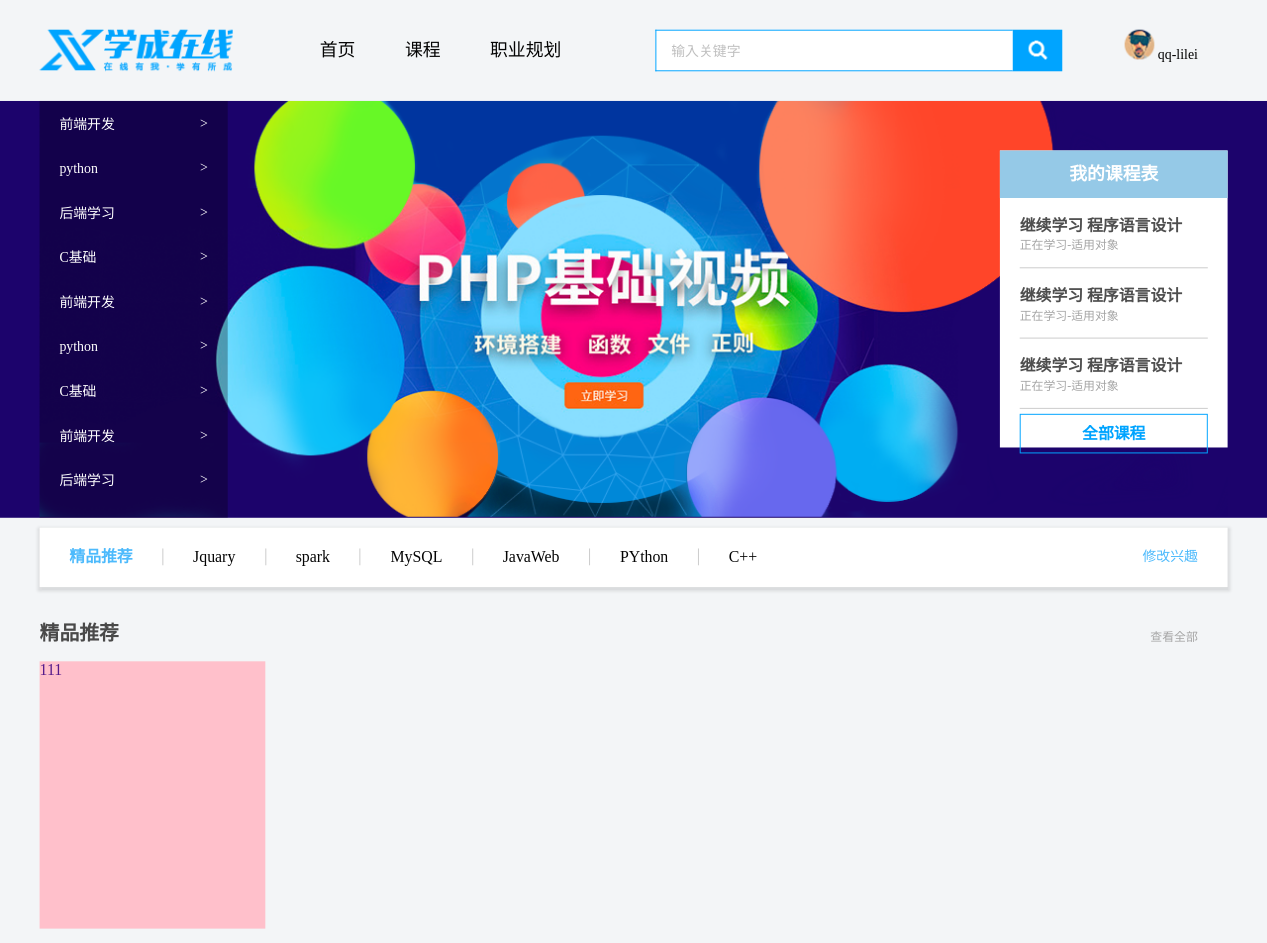
Repository: zhengdeya/web-based
Page: 39-学成在线/index.html
An editor plug-in stored every save of this project. The page is shown before and after the next save, followed by the edit.
The browser window is 1280 px wide. The pictures show the whole page, at 99% of full size.

Above is the page before, as saved 2021-04-15 16:18:48.

After the next save:
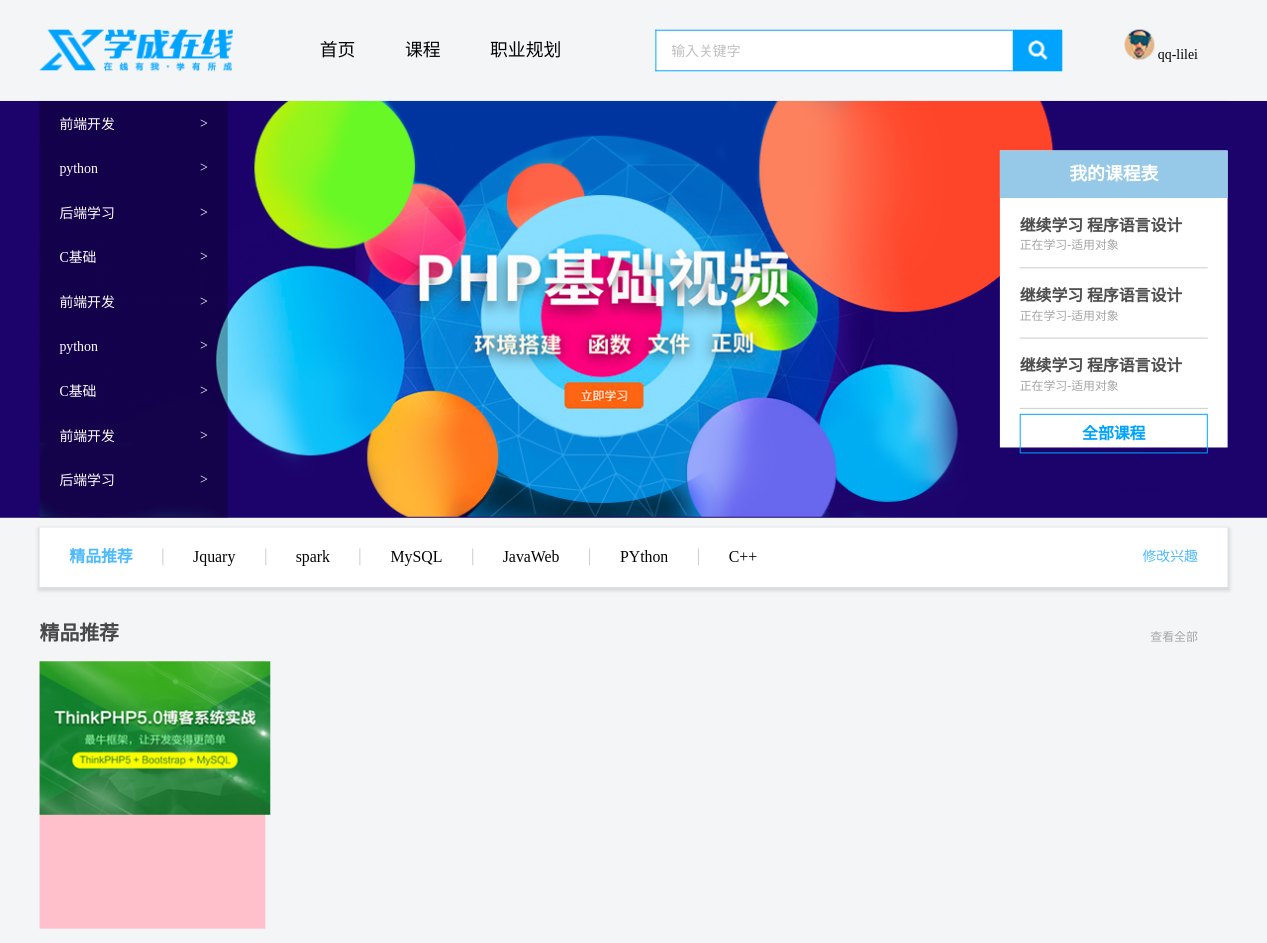
Saved 2 min 30 s later.
--- a/39-学成在线/index.html
+++ b/39-学成在线/index.html
@@ -102,7 +102,9 @@
         </div>
         <div class="box-bd">
             <ul>
-                <li><a href="">111</a></li>
+                <li><a href="">
+                        <img src="imgs/pic.png" alt="">
+                    </a></li>
             </ul>
         </div>
     </div>
